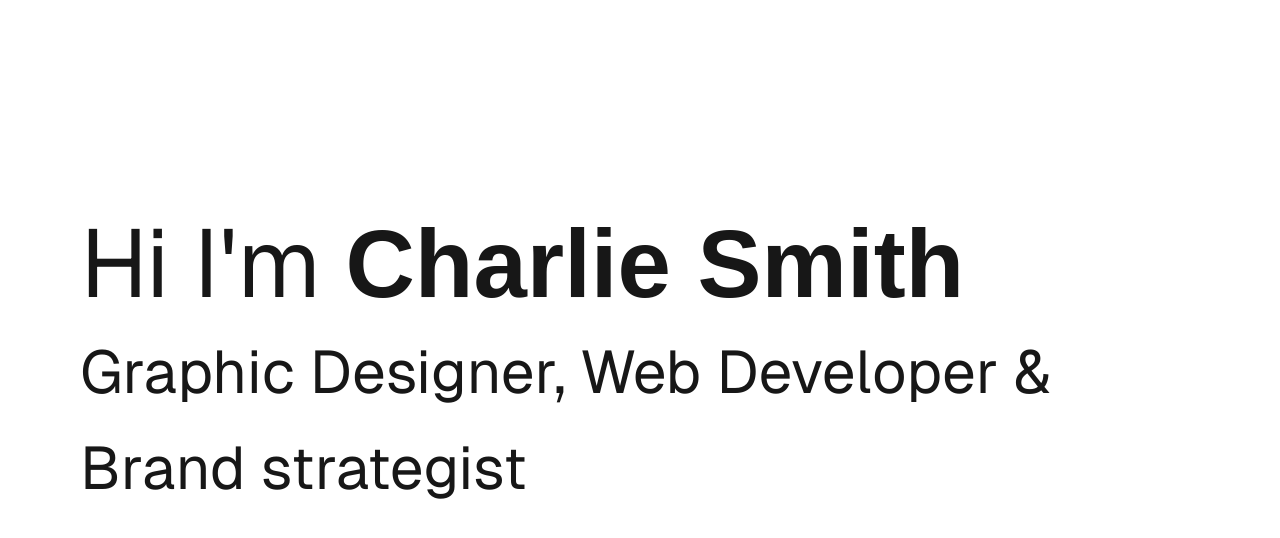
Repository: charlehs/portfolio
Page: /
An editor plug-in stored every save of this project. The page is shown before and after the next save, followed by the edit.
The browser window is 1280 px wide. The pictures show the whole page.
Some web fonts or font styles are not loaded; a fallback is used. The project was rebuilt for these pictures with package versions that can differ from the ones it lists, and the page was loaded fresh each time. The framework's server and built-in components were replaced by stand-ins that run in the browser. Also part of the build but not shown: next.config.ts.

Above is the page before, as saved 2025-01-02 16:40:52.

### app/layout.tsx
import type { Metadata } from "next";
import localFont from "next/font/local";
import Nav from "./components/Nav";
import "./globals.css";

const geistSans = localFont({
  src: "./fonts/GeistVF.woff",
  variable: "--font-geist-sans",
  weight: "100 900",
});
const geistMono = localFont({
  src: "./fonts/GeistMonoVF.woff",
  variable: "--font-geist-mono",
  weight: "100 900",
});

export const metadata: Metadata = {
  title: "Create Next App",
  description: "Generated by create next app",
};

export default function RootLayout({
  children,
}: Readonly<{
  children: React.ReactNode;
}>) {
  return (
    <html lang="en">
      <body
        className={`${geistSans.variable} ${geistMono.variable} antialiased`}
      >
        {/* <Nav /> */}
        {children}
      </body>
    </html>
  );
}

### app/page.tsx
import Image from "next/image";

export default function Home() {
  return (
    <div className="grid grid-rows-[20px_1fr_20px] items-center justify-items-center min-h-screen p-8 pb-20 gap-16 sm:p-20 font-[family-name:var(--font-geist-sans)]">
      <main className="flex flex-col gap-8 row-start-2 items-center sm:items-start">
        <p className=" text-8xl">
          Hi I'm <span className="extra-bold ">Charlie Smith</span>
          <br />{" "}
          <span className="text-6xl">
            Graphic Designer, Web Developer & Brand strategist
          </span>
        </p>
      </main>
      {/* <footer className="row-start-3 flex gap-6 flex-wrap items-center justify-center"></footer> */}
    </div>
  );
}

### app/globals.css
@tailwind base;
@tailwind components;
@tailwind utilities;

:root {
  --background: #ffffff;
  --foreground: #171717;
}

@media (prefers-color-scheme: dark) {
  :root {
    --background: #0a0a0a;
    --foreground: #ededed;
  }
}

body {
  color: var(--foreground);
  background: var(--background);
  font-family: Arial, Helvetica, sans-serif;
}

@font-face {
  font-family: "Harmond";
  src: url("/fonts/Harmond-SemiBoldCondensed.otf") format("opentype");
  font-weight: 600; /* Regular */
  font-style: normal;
}

@font-face {
  font-family: "Harmond";
  src: url("/fonts/Harmond-SemBdItaCond.otf") format("opentype");
  font-weight: 600; /* Bold */
  font-style: italic;
}
@font-face {
  font-family: "Harmond";
  src: url("/fonts/Harmond-ExtraBoldExpanded.otf") format("opentype");
  font-weight: 800; /* Bold */
  font-style: normal;
}

.harmond-text {
  font-family: "Harmond", sans-serif;
}

.extra-bold {
  font-family: "Harmond", sans-serif;
  font-weight: 800;
  font-style: normal;
}

Loaded but not shown: tailwind.config.ts (common file)

After the next save:
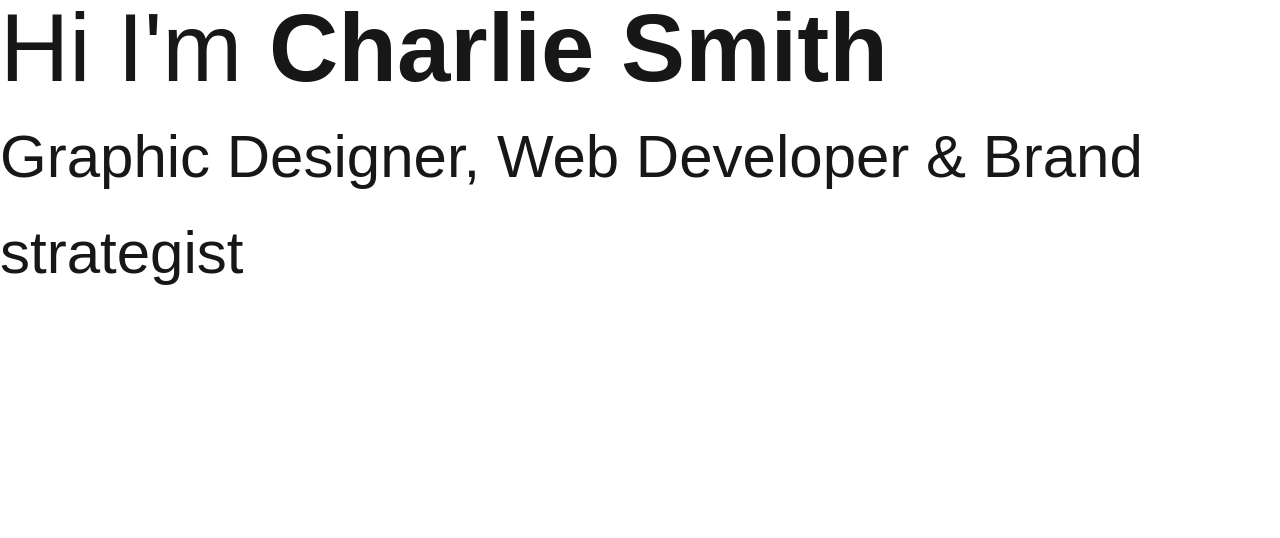
Saved 2 min 21 s later.
--- a/app/page.tsx
+++ b/app/page.tsx
@@ -2,7 +2,7 @@ import Image from "next/image";
 
 export default function Home() {
   return (
-    <div className="grid grid-rows-[20px_1fr_20px] items-center justify-items-center min-h-screen p-8 pb-20 gap-16 sm:p-20 font-[family-name:var(--font-geist-sans)]">
+    <div className="">
       <main className="flex flex-col gap-8 row-start-2 items-center sm:items-start">
         <p className=" text-8xl">
           Hi I'm <span className="extra-bold ">Charlie Smith</span>
